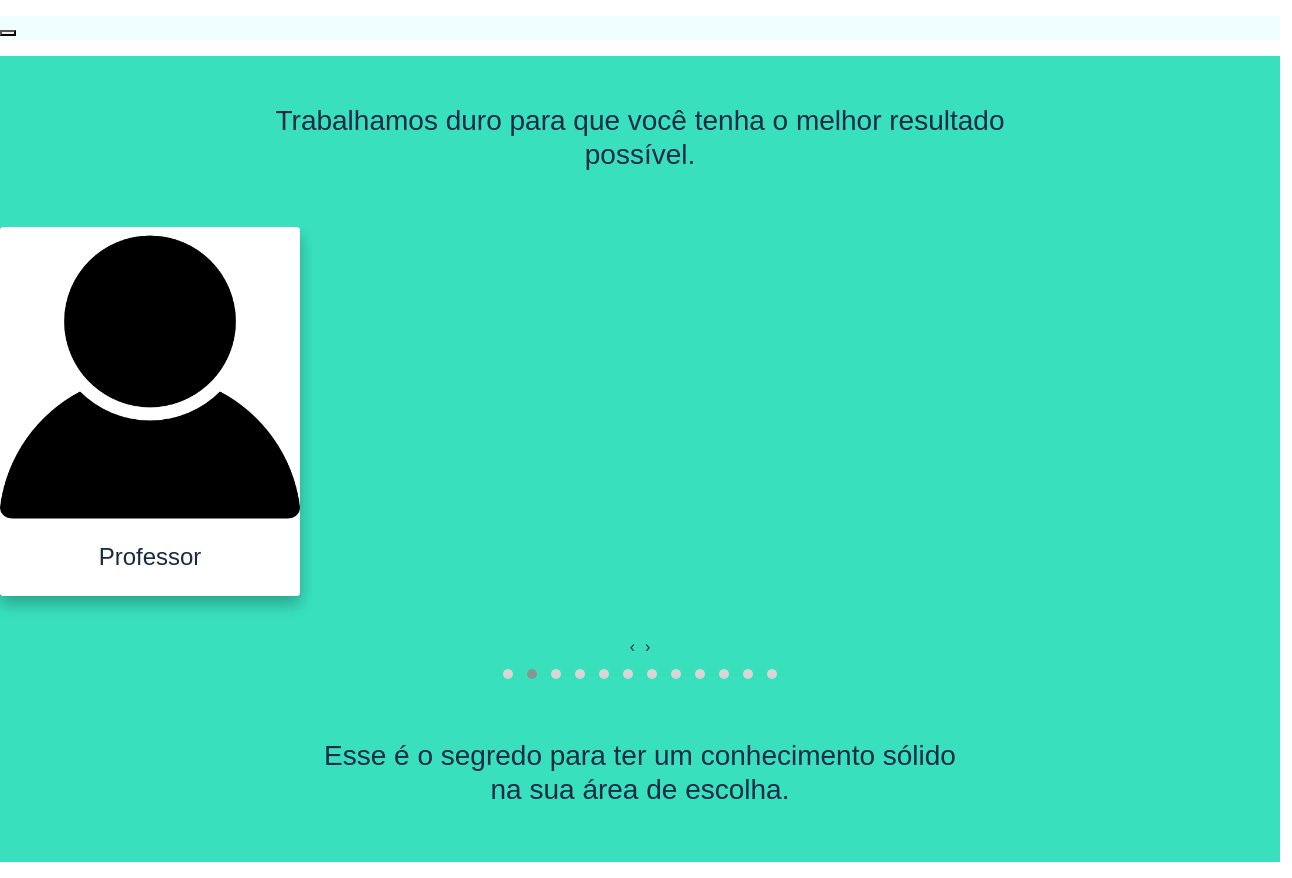
Repository: MarTech-Coders-Planejamento/site-oficial
Page: home.html
An editor plug-in stored every save of this project. The page is shown before and after the next save, followed by the edit.
The browser window is 1280 px wide. The page is 1292 px wide, so the pictures cover 1292 px, including what lies to the right of the window. The pictures show the whole page.
Some web fonts or font styles are not loaded; a fallback is used.

Above is the page before, as saved 2021-10-23 15:56:30.

### home.html
<!DOCTYPE html>
<html lang="pt-BR">
  <head>
    <meta charset="UTF-8" />
    <meta http-equiv="X-UA-Compatible" content="IE=edge" />
    <meta name="viewport" content="width=device-width, initial-scale=1.0" />
    <!--Fonts Google-->
    <link
      href="https://fonts.googleapis.com/css2?family=Tomorrow:wght@300;400;700&display=swap"
      rel="stylesheet"
    />

    <!-- Bootstrap CSS -->
    <link
      href="https://cdn.jsdelivr.net/npm/bootstrap@5.1.2/dist/css/bootstrap.min.css"
      rel="stylesheet"
      integrity="sha384-uWxY/CJNBR+1zjPWmfnSnVxwRheevXITnMqoEIeG1LJrdI0GlVs/9cVSyPYXdcSF"
      crossorigin="anonymous"
    />

    <!-- Styles -->
    <link rel="stylesheet" href="./css/home.css" />
    <link
      rel="stylesheet"
      href="https://cdnjs.cloudflare.com/ajax/libs/OwlCarousel2/2.3.4/assets/owl.carousel.min.css"
      integrity="sha512-tS3S5qG0BlhnQROyJXvNjeEM4UpMXHrQfTGmbQ1gKmelCxlSEBUaxhRBj/EFTzpbP4RVSrpEikbmdJobCvhE3g=="
      crossorigin="anonymous"
    />
    <link
      rel="stylesheet"
      href="https://cdnjs.cloudflare.com/ajax/libs/OwlCarousel2/2.3.4/assets/owl.theme.default.min.css"
      integrity="sha512-sMXtMNL1zRzolHYKEujM2AqCLUR9F2C4/05cdbxjjLSRvMQIciEPCQZo++nk7go3BtSuK9kfa/s+a4f4i5pLkw=="
      crossorigin="anonymous"
    />

    <title>Home</title>
  </head>
  <body>
    <div class="container-fluid">
      <!--cabeçalho fluido-->
      <header>
        <nav></nav>
      </header>
      <main>
        <section class="bg-one">
          <!--dobra1-->
          <article>
            <header></header>
            <h1></h1>
            <p></p>
            <figure></figure>
            <button></button>
          </article>
        </section>
        <section class="bg-two">
          <!--dobra2-->
          <article>
            <h2></h2>
            <p></p>
            <figure></figure>
          </article>
        </section>
        <section class="bg-one">
          <!--dobra3-->
          <article>
            <header></header>
            <p></p>
            <figure></figure>
          </article>
        </section>
        <section class="bg-two">
          <!--dobra4-->
          <div class="d-flex flex-column">
            <div class="d-flex flex-column">
              <p class="h3 p-5 text-center">
                Trabalhamos duro para que você tenha o melhor resultado <br />
                possível.
              </p>
            </div>
            <div class="row justify-content-center">
              <div id="slider-container" class="col-12">
                <div class="owl-carousel owl-theme">
                  <div class="item mb-4">
                    <div class="card border-0 shadow">
                      <img
                        src="/image/person.png"
                        alt=""
                        class="card-img-top img-fluid"
                      />
                      <div class="card-body">
                        <div class="card-title text-center">
                          <h4>Professor</h4>
                        </div>
                      </div>
                    </div>
                  </div>

                  <div class="item mb-4">
                    <div class="card border-0 shadow">
                      <img
                        src="/image/person.png"
                        alt=""
                        class="card-img-top img-fluid"
                      />
                      <div class="card-body">
                        <div class="card-title text-center">
                          <h4>Professor</h4>
                        </div>
                      </div>
                    </div>
                  </div>
                  <div class="item mb-4">
                    <div class="card border-0 shadow">
                      <img
                        src="/image/person.png"
                        alt=""
                        class="card-img-top img-fluid"
                      />
                      <div class="card-body">
                        <div class="card-title text-center">
                          <h4>Professor</h4>
                        </div>
                      </div>
                    </div>
                  </div>
                  <div class="item mb-4">
                    <div class="card border-0 shadow">
                      <img
                        src="/image/person.png"
                        alt=""
                        class="card-img-top img-fluid"
                      />
                      <div class="card-body">
                        <div class="card-title text-center">
                          <h4>Professor</h4>
                        </div>
                      </div>
                    </div>
                  </div>
                  <div class="item mb-4">
                    <div class="card border-0 shadow">
                      <img
                        src="/image/person.png"
                        alt=""
                        class="card-img-top img-fluid"
                      />
                      <div class="card-body">
                        <div class="card-title text-center">
                          <h4>Professor</h4>
                        </div>
                      </div>
                    </div>
                  </div>
                  <div class="item mb-4">
                    <div class="card border-0 shadow">
                      <img
                        src="/image/person.png"
                        alt=""
                        class="card-img-top img-fluid"
                      />
                      <div class="card-body">
                        <div class="card-title text-center">
                          <h4>Professor</h4>
                        </div>
                      </div>
                    </div>
                  </div>
                  <div class="item mb-4">
                    <div class="card border-0 shadow">
                      <img
                        src="/image/person.png"
                        alt=""
                        class="card-img-top img-fluid"
                      />
                      <div class="card-body">
                        <div class="card-title text-center">
                          <h4>Professor</h4>
                        </div>
                      </div>
                    </div>
                  </div>
                  <div class="item mb-4">
                    <div class="card border-0 shadow">
                      <img
                        src="/image/person.png"
                        alt=""
                        class="card-img-top img-fluid"
                      />
                      <div class="card-body">
                        <div class="card-title text-center">
                          <h4>Professor</h4>
                        </div>
                      </div>
                    </div>
                  </div>
                  <div class="item mb-4">
                    <div class="card border-0 shadow">
                      <img
                        src="/image/person.png"
                        alt=""
                        class="card-img-top img-fluid"
                      />
                      <div class="card-body">
                        <div class="card-title text-center">
                          <h4>Professor</h4>
                        </div>
                      </div>
                    </div>
                  </div>
                  <div class="item mb-4">
                    <div class="card border-0 shadow">
                      <img
                        src="/image/person.png"
                        alt=""
                        class="card-img-top img-fluid"
                      />
                      <div class="card-body">
                        <div class="card-title text-center">
                          <h4>Professor</h4>
                        </div>
                      </div>
                    </div>
                  </div>
                  <div class="item mb-4">
                    <div class="card border-0 shadow">
                      <img
                        src="/image/person.png"
                        alt=""
                        class="card-img-top img-fluid"
                      />
                      <div class="card-body">
                        <div class="card-title text-center">
                          <h4>Professor</h4>
                        </div>
                      </div>
                    </div>
                  </div>
                  <div class="item mb-4">
                    <div class="card border-0 shadow">
                      <img
                        src="/image/person.png"
                        alt=""
                        class="card-img-top img-fluid"
                      />
                      <div class="card-body">
                        <div class="card-title text-center">
                          <h4>Professor</h4>
                        </div>
                      </div>
                    </div>
                  </div>
                </div>
              </div>
            </div>
            <div class="d-flex flex-column">
              <p class="h3 p-5 text-center">
                Esse é o segredo para ter um conhecimento sólido <br />
                na sua área de escolha.
              </p>
            </div>
          </div>
        </section>
      </main>

      <footer class="bg-one">
        <!--footer-->
        <article></article>
        <p></p>
      </footer>
    </div>

    <!-- Owl Carousel -->

    <script src="https://cdnjs.cloudflare.com/ajax/libs/jquery/3.6.0/jquery.min.js"></script>

    <!-- Bootstrap Bundle javascript -->
    <script
      src="https://cdn.jsdelivr.net/npm/bootstrap@5.1.2/dist/js/bootstrap.bundle.min.js"
      integrity="sha384-kQtW33rZJAHjgefvhyyzcGF3C5TFyBQBA13V1RKPf4uH+bwyzQxZ6CmMZHmNBEfJ"
      crossorigin="anonymous"
    ></script>

    <!-- Owl Carousel -->

    <script
      src="https://cdnjs.cloudflare.com/ajax/libs/OwlCarousel2/2.3.4/owl.carousel.min.js"
      integrity="sha512-bPs7Ae6pVvhOSiIcyUClR7/q2OAsRiovw4vAkX+zJbw3ShAeeqezq50RIIcIURq7Oa20rW2n2q+fyXBNcU9lrw=="
      crossorigin="anonymous"
    ></script>

    <!-- Slider -->

    <script>
      $(".owl-carousel").owlCarousel({
        loop: true,
        autoplay: true,
        margin: 20,
        animateOut: "fadeOut",
        animateIn: "fadeIn",
        nav: true,
        autoplayHoverPause: true,
        responsive: {
          0: {
            items: 1,
            nav: false,
          },
          600: {
            items: 1,
            nav: false,
          },
          1000: {
            items: 1,
            nav: true,
            loop: false,
          },
        },
      });
    </script>
  </body>
</html>

### css/home.css
:root {
  --bg: #effffe;
  --bg2: #38e0be;
  --texto: #1a2b46;
}
* {
  font-family: "Tomorrow", sans-serif;
}

.container-fluid {
  padding-right: 0;
  padding-left: 0;
  margin-right: auto;
  margin-left: auto;
}

.bg-one {
  background-color: var(--bg);
  color: var(--texto);
}
.bg-two {
  background-color: var(--bg2);
  color: var(--texto);
}

/* Slider Container*/

#slider-container{
 justify-content: center;
}

.img-fluid img{
  width: 200px;
}

.owl-stage{
  padding: 0 !important;
  overflow: hidden;
  display: block;
}

.item{
  width: 300px;
}

After the next save:
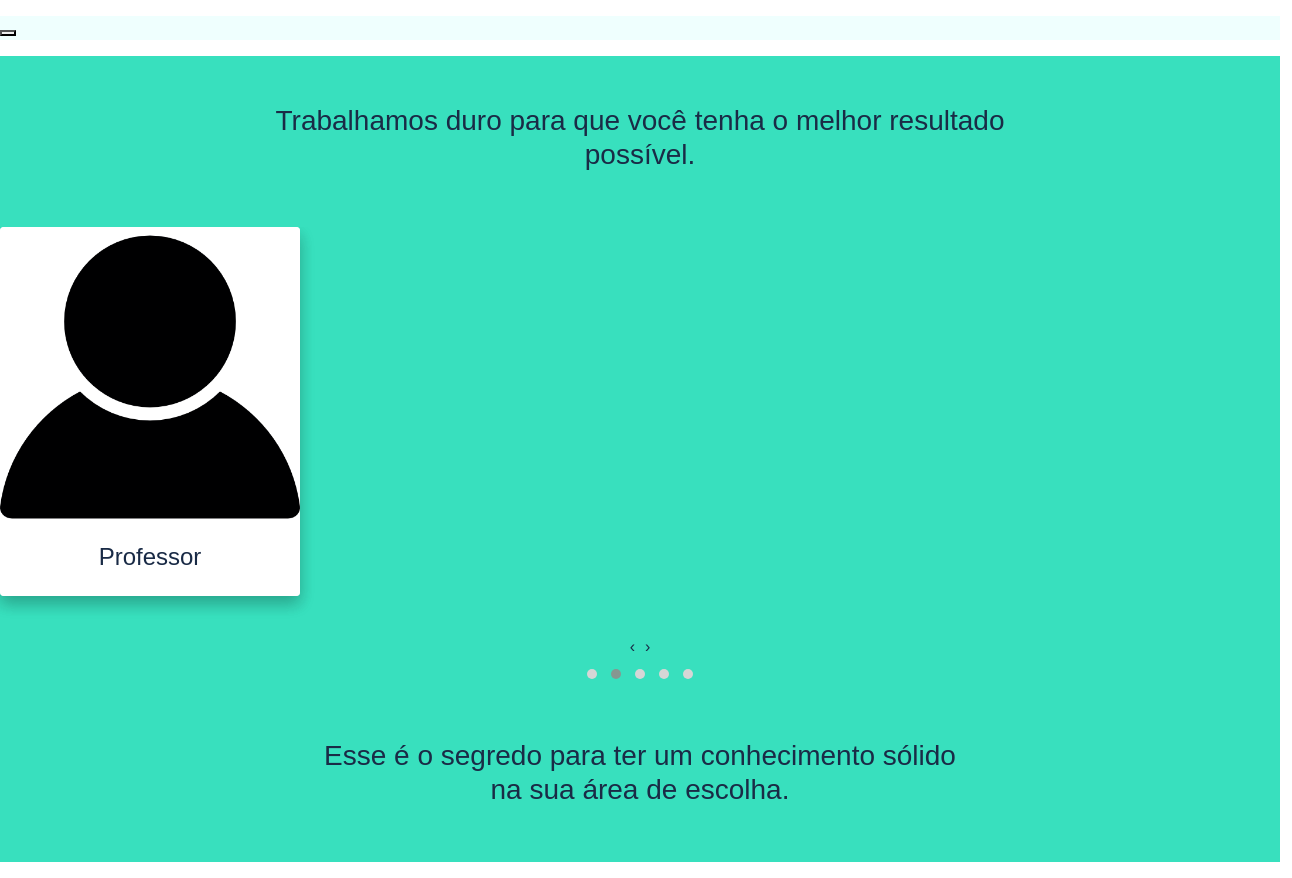
Saved 53 s later.
--- a/home.html
+++ b/home.html
@@ -151,104 +151,7 @@
                       </div>
                     </div>
                   </div>
-                  <div class="item mb-4">
-                    <div class="card border-0 shadow">
-                      <img
-                        src="/image/person.png"
-                        alt=""
-                        class="card-img-top img-fluid"
-                      />
-                      <div class="card-body">
-                        <div class="card-title text-center">
-                          <h4>Professor</h4>
-                        </div>
-                      </div>
-                    </div>
-                  </div>
-                  <div class="item mb-4">
-                    <div class="card border-0 shadow">
-                      <img
-                        src="/image/person.png"
-                        alt=""
-                        class="card-img-top img-fluid"
-                      />
-                      <div class="card-body">
-                        <div class="card-title text-center">
-                          <h4>Professor</h4>
-                        </div>
-                      </div>
-                    </div>
-                  </div>
-                  <div class="item mb-4">
-                    <div class="card border-0 shadow">
-                      <img
-                        src="/image/person.png"
-                        alt=""
-                        class="card-img-top img-fluid"
-                      />
-                      <div class="card-body">
-                        <div class="card-title text-center">
-                          <h4>Professor</h4>
-                        </div>
-                      </div>
-                    </div>
-                  </div>
-                  <div class="item mb-4">
-                    <div class="card border-0 shadow">
-                      <img
-                        src="/image/person.png"
-                        alt=""
-                        class="card-img-top img-fluid"
-                      />
-                      <div class="card-body">
-                        <div class="card-title text-center">
-                          <h4>Professor</h4>
-                        </div>
-                      </div>
-                    </div>
-                  </div>
-                  <div class="item mb-4">
-                    <div class="card border-0 shadow">
-                      <img
-                        src="/image/person.png"
-                        alt=""
-                        class="card-img-top img-fluid"
-                      />
-                      <div class="card-body">
-                        <div class="card-title text-center">
-                          <h4>Professor</h4>
-                        </div>
-                      </div>
-                    </div>
-                  </div>
-                  <div class="item mb-4">
-                    <div class="card border-0 shadow">
-                      <img
-                        src="/image/person.png"
-                        alt=""
-                        class="card-img-top img-fluid"
-                      />
-                      <div class="card-body">
-                        <div class="card-title text-center">
-                          <h4>Professor</h4>
-                        </div>
-                      </div>
-                    </div>
-                  </div>
-                  <div class="item mb-4">
-                    <div class="card border-0 shadow">
-                      <img
-                        src="/image/person.png"
-                        alt=""
-                        class="card-img-top img-fluid"
-                      />
-                      <div class="card-body">
-                        <div class="card-title text-center">
-                          <h4>Professor</h4>
-                        </div>
-                      </div>
-                    </div>
-                  </div>
+
                 </div>
               </div>
             </div>
